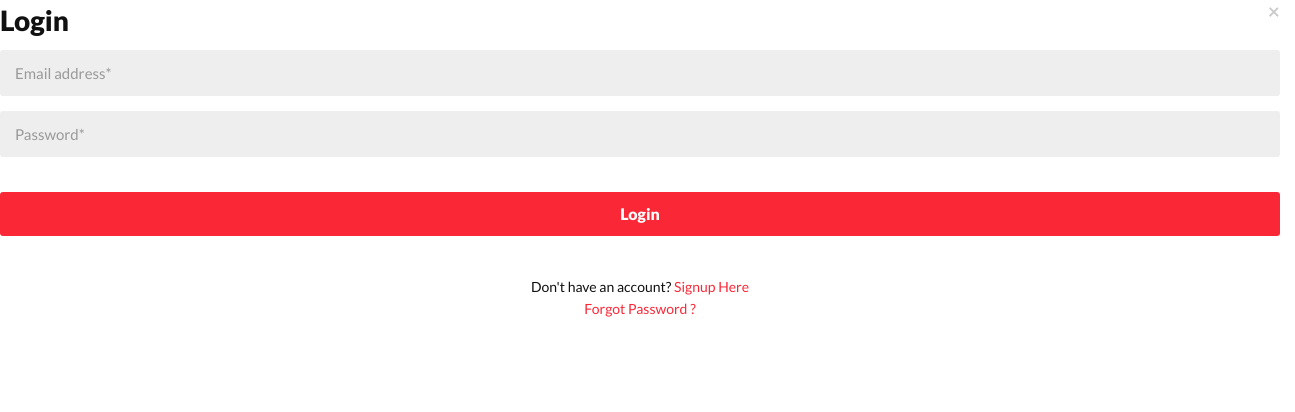
Repository: Het95/Bike-Rental-JSP
Page: http://localhost/AJOep/login.jsp
These files come from the project's save history. The page is drawn as it stood at one moment and after the next save; the edit follows.
The browser window is 1280 px wide. The page is 1295 px wide, so the pictures cover 1295 px, including what lies to the right of the window. The pictures show the whole page.
The page is served by Tomcat 9.

Above is the page before, as saved 2020-05-31 21:27:28.

After the next save:
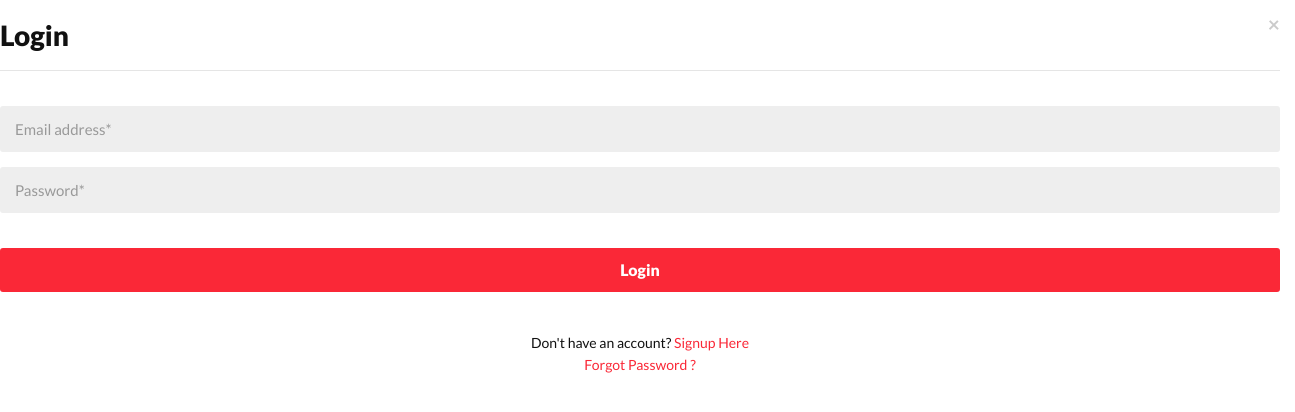
Saved 8 s later.
--- a/AJOep/WebContent/login.jsp
+++ b/AJOep/WebContent/login.jsp
@@ -25,7 +25,7 @@
 		<div id="loginform">
   <div role="document">
     <div >
-      <div >
+      <div class="modal-header">
         <button type="button" class="close" data-dismiss="modal" aria-label="Close"><span aria-hidden="true">&times;</span></button>
         <h3 class="modal-title">Login</h3>
       </div>
